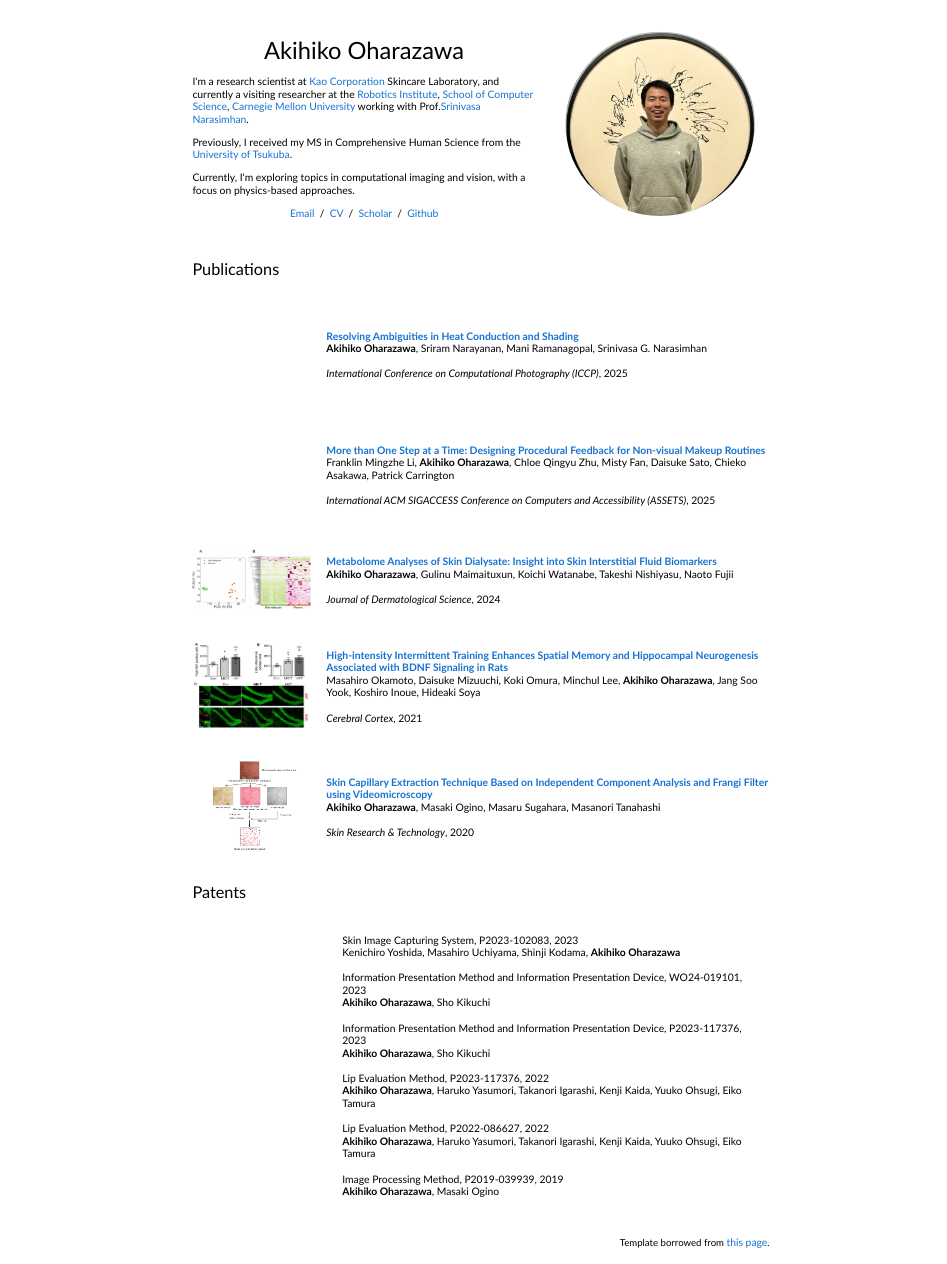
Repository: akihikooharazawa/akihikooharazawa.github.io
Page: index.html
The author's editor kept a copy of each file at every save. The page is drawn from the files as they stood at one save, then again after the next save.
The browser window is 1280 px wide. The pictures show the whole page, at 74% of full size.
Pictures or frames that could not be fetched are drawn as grey boxes.

Above is the page before, as saved 2025-07-25 11:32:11.

### index.html
<!DOCTYPE HTML>
<html lang="en">
  <head>
  <!-- Google tag (gtag.js) -->
  <script async src="https://www.googletagmanager.com/gtag/js?id=G-S3VWLBF1BC"></script>
  <script>
    window.dataLayer = window.dataLayer || [];
    function gtag(){dataLayer.push(arguments);}
    gtag('js', new Date());

    gtag('config', 'G-S3VWLBF1BC');
  </script>
    <meta http-equiv="Content-Type" content="text/html; charset=UTF-8">

    <title>Akihiko Oharazawa</title>

    <meta name="author" content="Akihiko Oharazawa">
    <meta name="viewport" content="width=device-width, initial-scale=1">
    <link rel="shortcut icon" href="images/favicon/favicon.ico" type="image/x-icon">
    <link rel="stylesheet" type="text/css" href="stylesheet.css">

  </head>

  <body>
    <table style="width:100%;max-width:800px;border:0px;border-spacing:0px;border-collapse:separate;margin-right:auto;margin-left:auto;"><tbody>
      <tr style="padding:0px">
        <td style="padding:0px">
          <table style="width:100%;border:0px;border-spacing:0px;border-collapse:separate;margin-right:auto;margin-left:auto;"><tbody>
            <tr style="padding:0px">
              <td style="padding:2.5%;width:63%;vertical-align:middle">
                <p class="name" style="text-align: center;">
                  Akihiko Oharazawa
                </p>
                <p>I'm a research scientist at <a href="https://www.kao.com/global/en/">Kao Corporation</a> Skincare Laboratory,
                  and currently a visiting researcher at the <a href="https://www.ri.cmu.edu/">Robotics Institute</a>,
                  <a href="https://www.cs.cmu.edu/">School of Computer Science</a>,
                  <a href="https://www.cmu.edu/">Carnegie Mellon University</a> working with Prof.<a href="https://www.cs.cmu.edu/~srinivas/">Srinivasa Narasimhan</a>.
                </p>
                <p>
                  Previously, I received my MS in Comprehensive Human Science from the <a href="https://www.tsukuba.ac.jp/en/">University of Tsukuba</a>.
                </p>
                <p>
                  Currently, I'm exploring topics in computational imaging and vision, with a focus on physics-based approaches.
                </p>
                <p style="text-align:center">
                  <a href="mailto:a.oharazawa@gmail.com">Email</a> &nbsp;/&nbsp;
                  <a href="data/AkiOharazawa-CV.pdf">CV</a> &nbsp;/&nbsp;
                  <a href="https://scholar.google.com/citations?user=NGsKuDgAAAAJ&hl=en">Scholar</a> &nbsp;/&nbsp;
                  <a href="https://github.com/akihikooharazawa">Github</a>
                </p>
              </td>
              <td style="padding:2.5%;width:40%;max-width:40%">
                <a href="images/AkiOharazawa.jpg"><img style="width:100%;max-width:100%;object-fit: cover; border-radius: 50%;" alt="profile photo" src="images/AkiOharazawa.jpg" class="hoverZoomLink"></a>
              </td>
            </tr>
          </tbody></table>
          <table style="width:100%;border:0px;border-spacing:0px;border-collapse:separate;margin-right:auto;margin-left:auto;"><tbody>
              <tr>
              <td style="padding:20px;width:100%;vertical-align:middle">
                <h2>Publications</h2>
              </td>
            </tr>
          </tbody></table>
          <table style="width:100%;border:0px;border-spacing:0px;border-collapse:separate;margin-right:auto;margin-left:auto;"><tbody>

            <!-- ICCP 2025 -->
            <tr>
              <td style="padding:20px;width:25%;vertical-align:middle">
                <video id="theory" width="160" height="120" autoplay muted loop playsinline style="border-style: none">
                  <source src="videos/ICCP2025.mp4" type="video/mp4">
                </video>
              </td>
              <td width="75%" valign="middle">
                <a href="https://imaging.cs.cmu.edu/shape-from-laplacian-and-shading/">
                  <span class="papertitle">Resolving Ambiguities in Heat Conduction and Shading</span>
                </a>
                <br>
                <strong>Akihiko Oharazawa</strong>, Sriram Narayanan, Mani Ramanagopal, Srinivasa G. Narasimhan
                <br>
                <br>
                <em>International Conference on Computational Photography (ICCP)</em>, 2025
                <br>
              </td>
            </tr>
            <!-- End ICCP 2025 -->

            <!-- ASSCET 2025 -->
            <tr>
              <td style="padding:20px;width:25%;vertical-align:middle">
                <video id="theory" width="160" height="120" autoplay muted loop playsinline style="border-style: none">
                  <source src="videos/ICCP2025.mp4" type="video/mp4">
                </video>
              </td>
              <td width="75%" valign="middle">
                <a href="https://arxiv.org/abs/2507.03942">
                  <span class="papertitle">More than One Step at a Time: Designing Procedural Feedback for Non-visual Makeup Routines</span>
                </a>
                <br>
                Franklin Mingzhe Li, <strong>Akihiko Oharazawa</strong>, Chloe Qingyu Zhu, Misty Fan, Daisuke Sato, Chieko Asakawa, Patrick Carrington
                <br>
                <br>
                <em>International ACM SIGACCESS Conference on Computers and Accessibility (ASSETS)</em>, 2025
                <br>
              </td>
            </tr>
            <!-- End ASSCET 2025 -->

            <!-- JDS 2025 -->
            <tr>
              <td style="padding:20px;width:25%;vertical-align:middle">
                <img src="images/isf_metabolomics.jpg" alt="isf_metabolomics" width="160" style="border-style: none">
              </td>
              <td width="75%" valign="middle">
                <a href="https://www.jdsjournal.com/article/S0923-1811(24)00066-5/fulltext">
                  <span class="papertitle">Metabolome Analyses of Skin Dialysate: Insight into Skin Interstitial Fluid Biomarkers</span>
                </a>
                <br>
                <strong>Akihiko Oharazawa</strong>, Gulinu Maimaituxun, Koichi Watanabe, Takeshi Nishiyasu, Naoto Fujii
                <br>
                <br>
                <em>Journal of Dermatological Science</em>, 2024
                <br>
              </td>
            </tr>
            <!-- End JDS 2025 -->

            <!-- Cerebral Cortex 2021 -->
            <tr>
              <td style="padding:20px;width:25%;vertical-align:middle">
                <img src="images/hit_brain.png" alt="hit_brain.png" width="160" height="120" style="border-style: none">
              </td>
              <td width="75%" valign="middle">
                <a href="https://academic.oup.com/cercor/article/31/9/4386/6274998">
                  <span class="papertitle">High-intensity Intermittent Training Enhances Spatial Memory and Hippocampal Neurogenesis Associated with BDNF Signaling in Rats</span>
                </a>
                <br>
                Masahiro Okamoto, Daisuke Mizuuchi, Koki Omura, Minchul Lee, <strong>Akihiko Oharazawa</strong>, Jang Soo Yook, Koshiro Inoue, Hideaki Soya
                <br>
                <br>
                <em>Cerebral Cortex</em>, 2021
                <br>
              </td>
            </tr>
            <!-- End Cerebral Cortex 2021 -->

            <!-- Skin Research & Technology 2020 -->
            <tr>
              <td style="padding:20px;width:25%;vertical-align:middle">
                <img src="images/capillary_extraction.jpg" alt="capillary_extraction.jpg" width="160" height="120" style="border-style: none">
              </td>
              <td width="75%" valign="middle">
                <a href="https://onlinelibrary.wiley.com/doi/10.1111/srt.12850">
                  <span class="papertitle">Skin Capillary Extraction Technique Based on Independent Component Analysis and Frangi Filter using Videomicroscopy</span>
                </a>
                <br>
                <strong>Akihiko Oharazawa</strong>, Masaki Ogino, Masaru Sugahara, Masanori Tanahashi
                <br>
                <br>
                <em>Skin Research & Technology</em>, 2020
                <br>
              </td>
            </tr>
            <!-- End Skin Research & Technology 2020 -->
          </tbody></table>


          <table width="100%" align="center" border="0" cellspacing="0" cellpadding="20"><tbody>
            <tr>
              <td>
                <h2>Patents</h2>
              </td>
            </tr>
          </tbody></table>
          <table width="100%" align="center" border="0" cellpadding="20"><tbody>

            <tr>
              <td style="padding:20px;width:25%;vertical-align:middle">
              <td width="75%" valign="middle">
                Skin Image Capturing System, P2023-102083, 2023
                <br>
                Kenichiro Yoshida, Masahiro Uchiyama, Shinji Kodama, <strong>Akihiko Oharazawa</strong><br>
                <br>
                Information Presentation Method and Information Presentation Device, WO24-019101, 2023
                <br>
                <strong>Akihiko Oharazawa</strong>, Sho Kikuchi<br>
                <br>
                Information Presentation Method and Information Presentation Device, P2023-117376, 2023
                <br>
                <strong>Akihiko Oharazawa</strong>, Sho Kikuchi<br>
                <br>
                Lip Evaluation Method, P2023-117376, 2022
                <br>
                <strong>Akihiko Oharazawa</strong>, Haruko Yasumori, Takanori Igarashi, Kenji Kaida, Yuuko Ohsugi, Eiko Tamura<br>
                <br>
                Lip Evaluation Method, P2022-086627, 2022
                <br>
                <strong>Akihiko Oharazawa</strong>, Haruko Yasumori, Takanori Igarashi, Kenji Kaida, Yuuko Ohsugi, Eiko Tamura<br>
                <br>
                Image Processing Method, P2019-039939, 2019
                <br>
                <strong>Akihiko Oharazawa</strong>, Masaki Ogino<br>
              </td>
            </tr>

          </tbody></table>
          <table style="width:100%;border:0px;border-spacing:0px;border-collapse:separate;margin-right:auto;margin-left:auto;"><tbody>
            <tr>
              <td style="padding:0px">
                <br>
                <p style="text-align:right;font-size:small;">
                  Template borrowed from <a href="https://github.com/jonbarron/website">this page</a>.
                </p>
              </td>
            </tr>
          </tbody></table>
        </td>
      </tr>
    </table>
  </body>
</html>

### stylesheet.css
/* latin-ext */
@font-face {
  font-family: 'Lato';
  font-style: italic;
  font-weight: 400;
  src: local('Lato Italic'), local('Lato-Italic'), url(https://fonts.gstatic.com/s/lato/v15/S6u8w4BMUTPHjxsAUi-qNiXg7eU0.woff2) format('woff2');
  unicode-range: U+0100-024F, U+0259, U+1E00-1EFF, U+2020, U+20A0-20AB, U+20AD-20CF, U+2113, U+2C60-2C7F, U+A720-A7FF;
}
/* latin */
@font-face {
  font-family: 'Lato';
  font-style: italic;
  font-weight: 400;
  src: local('Lato Italic'), local('Lato-Italic'), url(https://fonts.gstatic.com/s/lato/v15/S6u8w4BMUTPHjxsAXC-qNiXg7Q.woff2) format('woff2');
  unicode-range: U+0000-00FF, U+0131, U+0152-0153, U+02BB-02BC, U+02C6, U+02DA, U+02DC, U+2000-206F, U+2074, U+20AC, U+2122, U+2191, U+2193, U+2212, U+2215, U+FEFF, U+FFFD;
}
/* latin-ext */
@font-face {
  font-family: 'Lato';
  font-style: italic;
  font-weight: 700;
  src: local('Lato Bold Italic'), local('Lato-BoldItalic'), url(https://fonts.gstatic.com/s/lato/v15/S6u_w4BMUTPHjxsI5wq_FQftx9897sxZ.woff2) format('woff2');
  unicode-range: U+0100-024F, U+0259, U+1E00-1EFF, U+2020, U+20A0-20AB, U+20AD-20CF, U+2113, U+2C60-2C7F, U+A720-A7FF;
}
/* latin */
@font-face {
  font-family: 'Lato';
  font-style: italic;
  font-weight: 700;
  src: local('Lato Bold Italic'), local('Lato-BoldItalic'), url(https://fonts.gstatic.com/s/lato/v15/S6u_w4BMUTPHjxsI5wq_Gwftx9897g.woff2) format('woff2');
  unicode-range: U+0000-00FF, U+0131, U+0152-0153, U+02BB-02BC, U+02C6, U+02DA, U+02DC, U+2000-206F, U+2074, U+20AC, U+2122, U+2191, U+2193, U+2212, U+2215, U+FEFF, U+FFFD;
}
/* latin-ext */
@font-face {
  font-family: 'Lato';
  font-style: normal;
  font-weight: 400;
  src: local('Lato Regular'), local('Lato-Regular'), url(https://fonts.gstatic.com/s/lato/v15/S6uyw4BMUTPHjxAwXiWtFCfQ7A.woff2) format('woff2');
  unicode-range: U+0100-024F, U+0259, U+1E00-1EFF, U+2020, U+20A0-20AB, U+20AD-20CF, U+2113, U+2C60-2C7F, U+A720-A7FF;
}
/* latin */
@font-face {
  font-family: 'Lato';
  font-style: normal;
  font-weight: 400;
  src: local('Lato Regular'), local('Lato-Regular'), url(https://fonts.gstatic.com/s/lato/v15/S6uyw4BMUTPHjx4wXiWtFCc.woff2) format('woff2');
  unicode-range: U+0000-00FF, U+0131, U+0152-0153, U+02BB-02BC, U+02C6, U+02DA, U+02DC, U+2000-206F, U+2074, U+20AC, U+2122, U+2191, U+2193, U+2212, U+2215, U+FEFF, U+FFFD;
}
/* latin-ext */
@font-face {
  font-family: 'Lato';
  font-style: normal;
  font-weight: 700;
  src: local('Lato Bold'), local('Lato-Bold'), url(https://fonts.gstatic.com/s/lato/v15/S6u9w4BMUTPHh6UVSwaPGQ3q5d0N7w.woff2) format('woff2');
  unicode-range: U+0100-024F, U+0259, U+1E00-1EFF, U+2020, U+20A0-20AB, U+20AD-20CF, U+2113, U+2C60-2C7F, U+A720-A7FF;
}
/* latin */
@font-face {
  font-family: 'Lato';
  font-style: normal;
  font-weight: 700;
  src: local('Lato Bold'), local('Lato-Bold'), url(https://fonts.gstatic.com/s/lato/v15/S6u9w4BMUTPHh6UVSwiPGQ3q5d0.woff2) format('woff2');
  unicode-range: U+0000-00FF, U+0131, U+0152-0153, U+02BB-02BC, U+02C6, U+02DA, U+02DC, U+2000-206F, U+2074, U+20AC, U+2122, U+2191, U+2193, U+2212, U+2215, U+FEFF, U+FFFD;
}

a {
  color: #1772d0;
  text-decoration: none;
}

a:focus,
a:hover {
  color: #f09228;
  text-decoration: none;
}

body,
td,
th,
tr,
p,
a {
  font-family: 'Lato', Verdana, Helvetica, sans-serif;
  font-size: 14px;
}

strong {
  font-family: 'Lato', Verdana, Helvetica, sans-serif;
  font-size: 14px;
}

h2 {
  margin: 0;
  font-weight: normal;
  font-family: 'Lato', Verdana, Helvetica, sans-serif;
  font-size: 22px;
}

.papertitle {
  font-family: 'Lato', Verdana, Helvetica, sans-serif;
  font-size: 14px;
  font-weight: 700;
}

.name {
  padding-top: 20px;
  margin: 0;
  font-family: 'Lato', Verdana, Helvetica, sans-serif;
  font-size: 32px;
}

.one {
  width: 160px;
  height: 160px;
  position: relative;
}

.two {
  width: 160px;
  height: 160px;
  position: absolute;
  transition: opacity .2s ease-in-out;
  -moz-transition: opacity .2s ease-in-out;
  -webkit-transition: opacity .2s ease-in-out;
}

.fade {
  transition: opacity .2s ease-in-out;
  -moz-transition: opacity .2s ease-in-out;
  -webkit-transition: opacity .2s ease-in-out;
}

span.highlight {
  background-color: #ffffd0;
}

After the next save:
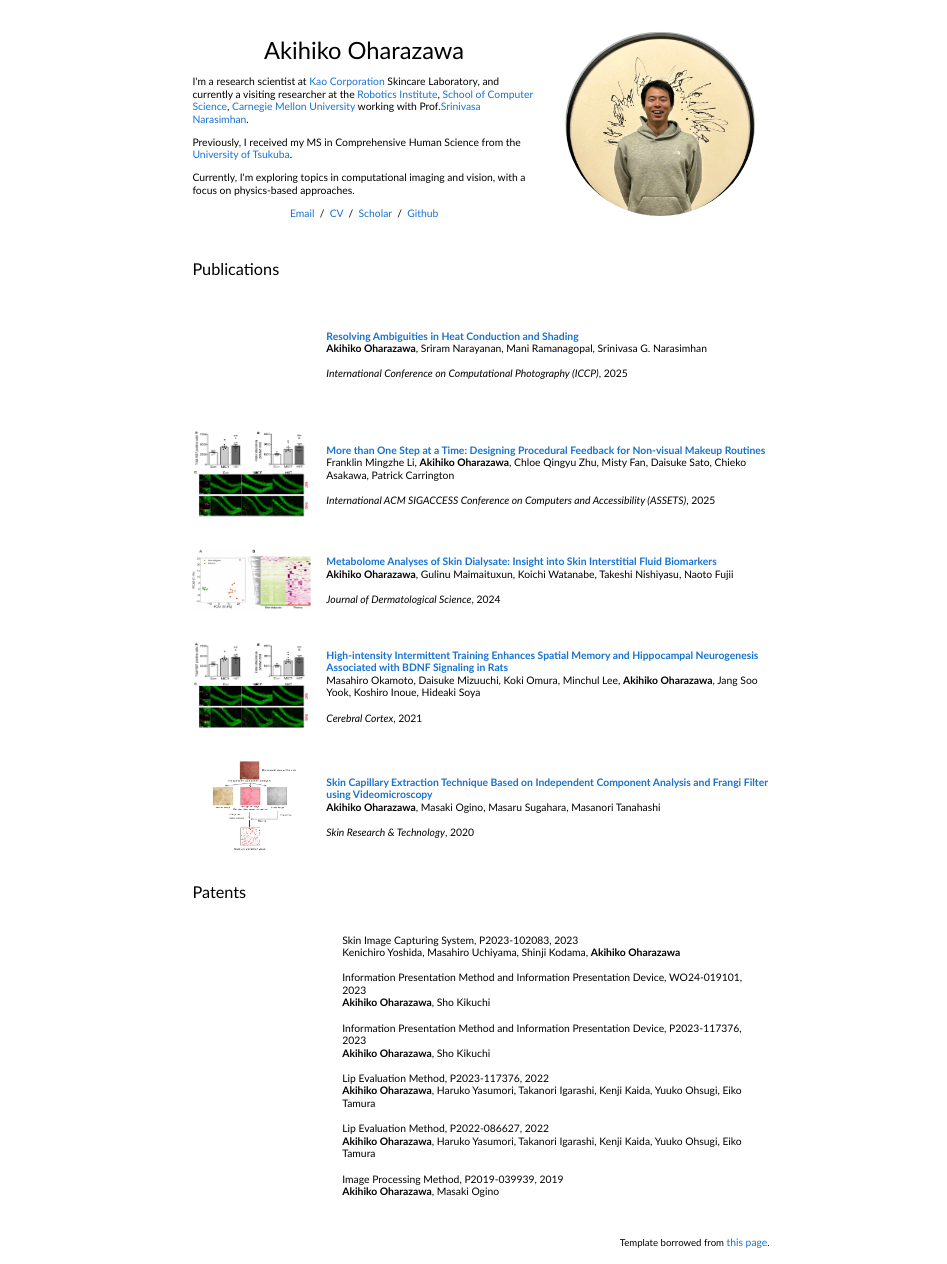
Saved 2 min 30 s later.
--- a/index.html
+++ b/index.html
@@ -87,9 +87,7 @@
             <!-- ASSCET 2025 -->
             <tr>
               <td style="padding:20px;width:25%;vertical-align:middle">
-                <video id="theory" width="160" height="120" autoplay muted loop playsinline style="border-style: none">
-                  <source src="videos/ICCP2025.mp4" type="video/mp4">
-                </video>
+                <img src="images/hit_brain.png" alt="hit_brain.png" width="160" height="120" style="border-style: none">
               </td>
               <td width="75%" valign="middle">
                 <a href="https://arxiv.org/abs/2507.03942">
